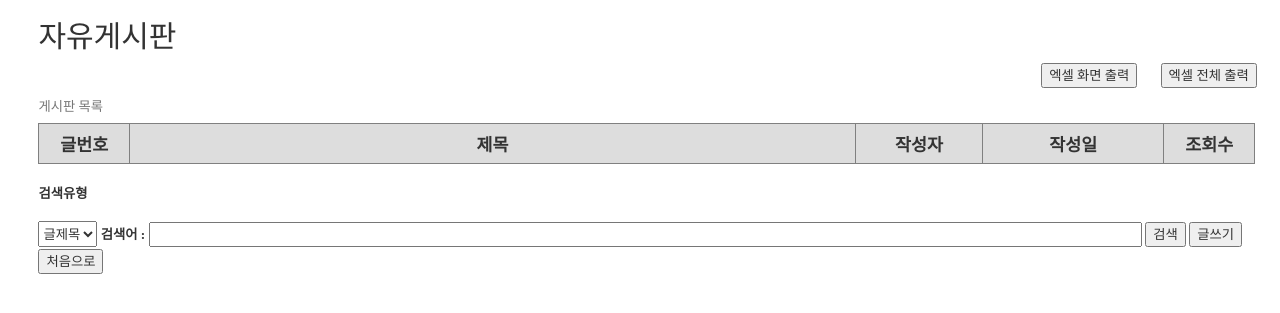
Repository: sser98/bowtech
Page: http://localhost/Board/WEB-INF/views/tiles1/board/list.jsp
An editor plug-in stored every save of this project. The page is shown before and after the next save, followed by the edit.
The browser window is 1280 px wide. The pictures show the whole page.
The page is served by Tomcat 9. Nobody is signed in. The template is opened directly, without the code that normally fills it, so the values that code supplies are empty.

Above is the page before, as saved 2021-03-09 10:04:13.

After the next save:
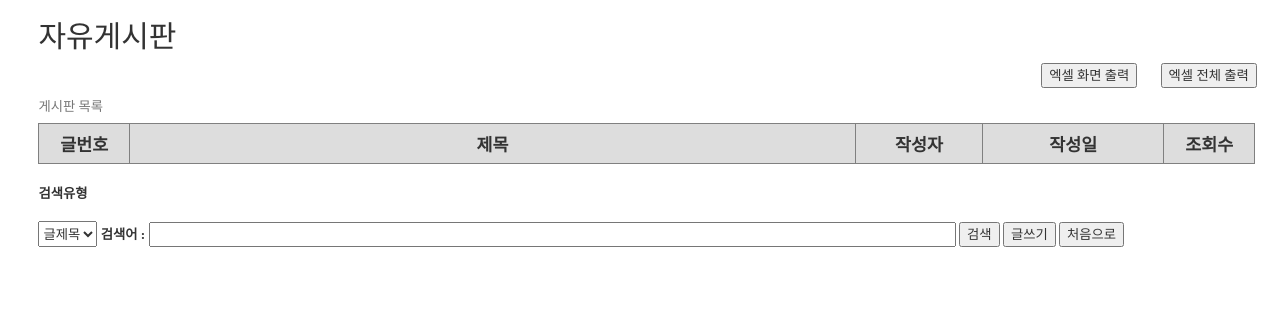
Saved 22 s later.
--- a/Board/src/main/webapp/WEB-INF/views/tiles1/board/list.jsp
+++ b/Board/src/main/webapp/WEB-INF/views/tiles1/board/list.jsp
@@ -38,7 +38,7 @@
 
 
     #searchWord {
-    	width: 80%;
+    	width: 65%;
     }
 
     tr {
